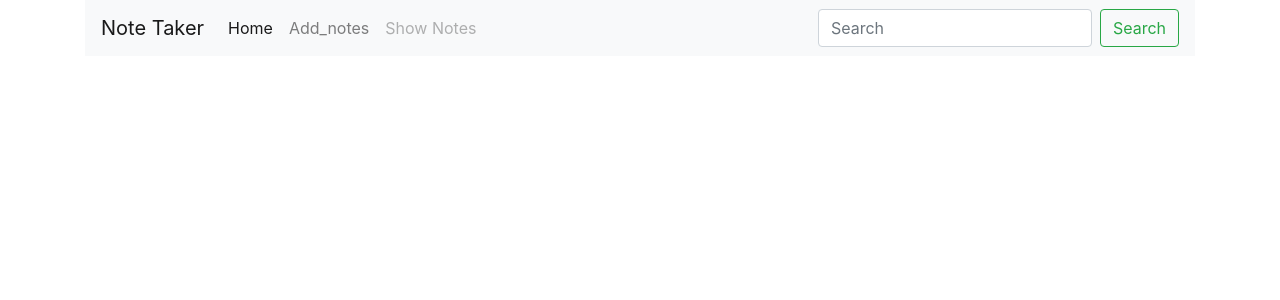
Repository: PratibhaMastud/index.jsp
Page: http://localhost/JavaWebApp/
An editor plug-in stored every save of this project. The page is shown before and after the next save, followed by the edit.
The browser window is 1280 px wide. The pictures show the whole page.
Some web libraries are served in a nearby version. The page is served by Tomcat 9. Other server files are loaded and not shown.

Above is the page before, as saved 2020-06-29 06:15:27.

### JavaWebApp/src/main/webapp/index.jsp
<!doctype html>
<html lang="en">
  <head>
    <!-- Required meta tags -->
    <meta charset="utf-8">
    <meta name="viewport" content="width=device-width, initial-scale=1, shrink-to-fit=no">

    <!-- Bootstrap CSS -->
    <link rel="stylesheet" href="https://maxcdn.bootstrapcdn.com/bootstrap/4.0.0/css/bootstrap.min.css" integrity="sha384-Gn5384xqQ1aoWXA+058RXPxPg6fy4IWvTNh0E263XmFcJlSAwiGgFAW/dAiS6JXm" crossorigin="anonymous">

    <title>Hello, world!</title>
  </head>
  <body>
<div class="container">
	<%@include file="navbar.jsp" %>

</div>



    <!-- Optional JavaScript -->
    <!-- jQuery first, then Popper.js, then Bootstrap JS -->
    <script src="https://code.jquery.com/jquery-3.2.1.slim.min.js" integrity="sha384-KJ3o2DKtIkvYIK3UENzmM7KCkRr/rE9/Qpg6aAZGJwFDMVNA/GpGFF93hXpG5KkN" crossorigin="anonymous"></script>
    <script src="https://cdnjs.cloudflare.com/ajax/libs/popper.js/1.12.9/umd/popper.min.js" integrity="sha384-ApNbgh9B+Y1QKtv3Rn7W3mgPxhU9K/ScQsAP7hUibX39j7fakFPskvXusvfa0b4Q" crossorigin="anonymous"></script>
    <script src="https://maxcdn.bootstrapcdn.com/bootstrap/4.0.0/js/bootstrap.min.js" integrity="sha384-JZR6Spejh4U02d8jOt6vLEHfe/JQGiRRSQQxSfFWpi1MquVdAyjUar5+76PVCmYl" crossorigin="anonymous"></script>
  </body>
</html>

### JavaWebApp/src/main/webapp/navbar.jsp
<nav class="navbar navbar-expand-lg navbar-light bg-light">
  <a class="navbar-brand" href="#">Note Taker</a>
  <button class="navbar-toggler" type="button" data-toggle="collapse" data-target="#navbarSupportedContent" aria-controls="navbarSupportedContent" aria-expanded="false" aria-label="Toggle navigation">
    <span class="navbar-toggler-icon"></span>
  </button>

  <div class="collapse navbar-collapse" id="navbarSupportedContent">
    <ul class="navbar-nav mr-auto">
      <li class="nav-item active">
        <a class="nav-link" href="#">Home <span class="sr-only">(current)</span></a>
      </li>
      <li class="nav-item">
        <a class="nav-link" href="#">Add_notes</a>
      </li>

      <li class="nav-item">
        <a class="nav-link disabled" href="#">Show Notes</a>
      </li>
    </ul>
    <form class="form-inline my-2 my-lg-0">
      <input class="form-control mr-sm-2" type="search" placeholder="Search" aria-label="Search">
      <button class="btn btn-outline-success my-2 my-sm-0" type="submit">Search</button>
    </form>
  </div>
</nav>

### JavaWebApp/src/main/webapp/css/style.css
body{
	background:black;
}

After the next save:
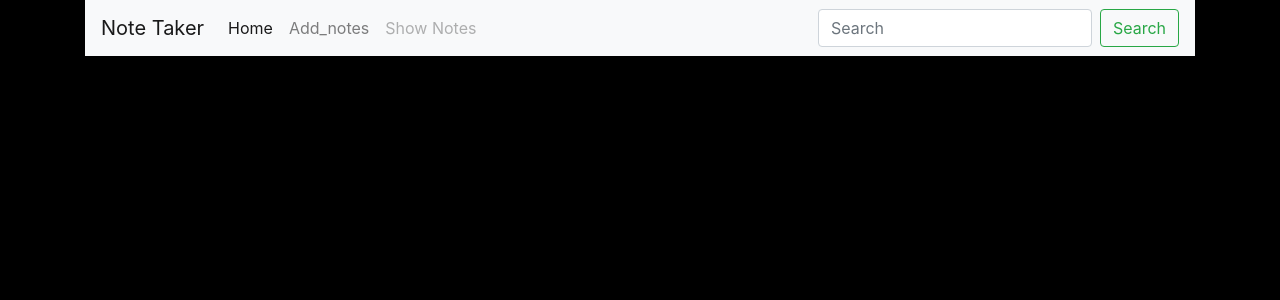
Saved 76 s later.
--- a/JavaWebApp/src/main/webapp/index.jsp
+++ b/JavaWebApp/src/main/webapp/index.jsp
@@ -7,7 +7,7 @@
 
     <!-- Bootstrap CSS -->
     <link rel="stylesheet" href="https://maxcdn.bootstrapcdn.com/bootstrap/4.0.0/css/bootstrap.min.css" integrity="sha384-Gn5384xqQ1aoWXA+058RXPxPg6fy4IWvTNh0E263XmFcJlSAwiGgFAW/dAiS6JXm" crossorigin="anonymous">
-
+	<link href="css/style.css" rel="stylesheet">
     <title>Hello, world!</title>
   </head>
   <body>

After the 2 saves that followed:
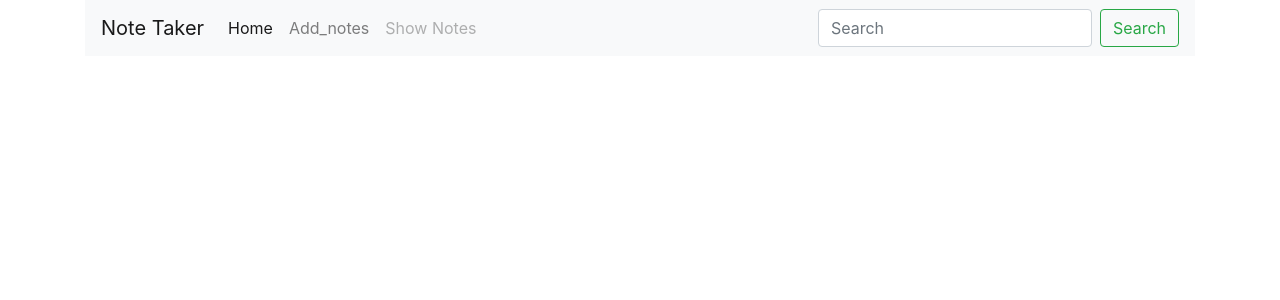
The 2 saves are shown as one change because 1 left the picture as it was.
The last was saved 3 min 4 s later.
--- a/JavaWebApp/src/main/webapp/index.jsp
+++ b/JavaWebApp/src/main/webapp/index.jsp
@@ -7,7 +7,7 @@
 
     <!-- Bootstrap CSS -->
     <link rel="stylesheet" href="https://maxcdn.bootstrapcdn.com/bootstrap/4.0.0/css/bootstrap.min.css" integrity="sha384-Gn5384xqQ1aoWXA+058RXPxPg6fy4IWvTNh0E263XmFcJlSAwiGgFAW/dAiS6JXm" crossorigin="anonymous">
-	<link href="css/style.css" rel="stylesheet">
+	<link href="css/style.css" rel="stylesheet" />
     <title>Hello, world!</title>
   </head>
   <body>
--- a/JavaWebApp/src/main/webapp/css/style.css
+++ b/JavaWebApp/src/main/webapp/css/style.css
@@ -1,3 +1,3 @@
-body{
-	background:black;
+.purple{
+	background:b71c1c;
 }
